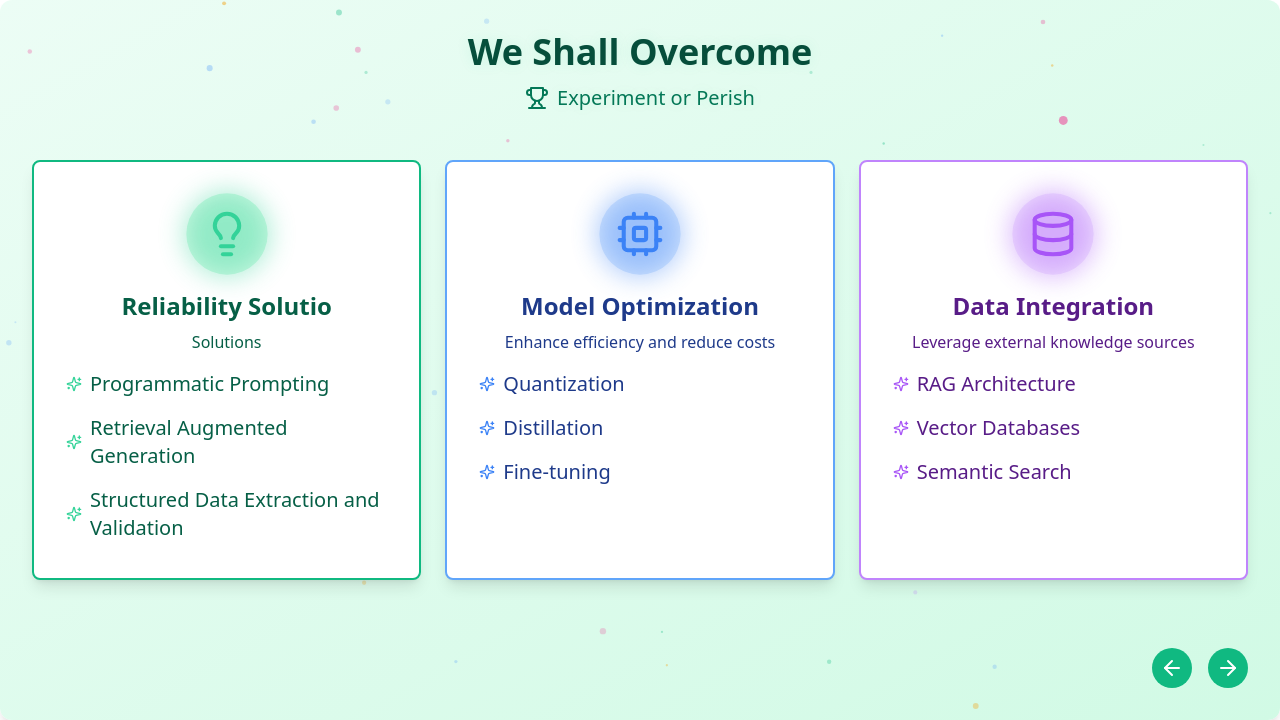
Repository: Galbaz1/dell_presentation
Page: /slide5
The author's editor kept a copy of each file at every save. The page is drawn from the files as they stood at one save, then again after a run of saves.
The browser window is 1280 px wide. The pictures show the whole page.
The project was rebuilt for these pictures with package versions that can differ from the ones it lists, and the page was loaded fresh each time. The framework's server and built-in components were replaced by stand-ins that run in the browser. Also part of the build but not shown: styles/animations/slide1.css, styles/animations/slide2.css.

Above is the page before, as saved 2024-11-12 14:28:41.

### pages/_app.tsx
import '../styles/globals.css'
import '../styles/animations/slide1.css'
import '../styles/animations/slide2.css'
import type { AppProps } from 'next/app'

function MyApp({ Component, pageProps }: AppProps) {
  return <Component {...pageProps} />
}

export default MyApp

### pages/slide5.tsx
import React, { useState } from 'react';
import { ArrowRight, ArrowLeft, Lightbulb, Sparkles, Cpu, Database, Gauge, Zap, Trophy, ArrowUpCircle } from 'lucide-react';
import Link from 'next/link';
import { motion } from 'framer-motion';

const Slide5: React.FC = () => {
  const [hoveredSolution, setHoveredSolution] = useState<number | null>(null);

  // Enhanced particles with different colors for firework effect
  const fireworkColors = [
    '#10B981', // emerald
    '#60A5FA', // blue
    '#F59E0B', // amber
    '#C084FC', // purple
    '#EC4899', // pink
  ];

  const particles = Array.from({ length: 60 }).map((_, i) => ({
    id: i,
    x: Math.random() * 100,
    y: Math.random() * 100,
    size: Math.random() * 4 + 2,
    duration: Math.random() * 20 + 10,
    delay: Math.random() * 5,
    color: fireworkColors[Math.floor(Math.random() * fireworkColors.length)]
  }));

  // Sparkle animation variants
  const sparkleVariants = {
    initial: { scale: 0, opacity: 0 },
    animate: (i: number) => ({
      scale: [0, 1, 0],
      opacity: [0, 1, 0],
      transition: {
        duration: 2,
        repeat: Infinity,
        delay: i * 0.1,
        ease: "easeInOut"
      }
    })
  };

  // Function to create sparkles around an element
  const SparkleEffect = ({ color }: { color: string }) => {
    return Array.from({ length: 8 }).map((_, i) => (
      <motion.div
        key={i}
        className="absolute w-2 h-2"
        style={{
          background: color,
          borderRadius: '50%',
          filter: 'blur(1px)',
          transform: `rotate(${i * 45}deg) translateX(30px)`
        }}
        variants={sparkleVariants}
        custom={i}
        initial="initial"
        animate="animate"
      />
    ));
  };

  const solutions = [
    {
      icon: <Lightbulb className="w-12 h-12" />,
      title: "Reliability Solutio",
      color: {
        border: "#10B981", // emerald-400
        bg: "#D1FAE5",     // emerald-100
        text: "#065F46",   // emerald-900
        glow: "#34D399"    // emerald-400
      },
      description: "Solutions",
      items: [
        "Programmatic Prompting",
        "Retrieval Augmented Generation",
        "Structured Data Extraction and Validation"
      ]
    },
    {
      icon: <Cpu className="w-12 h-12" />,
      title: "Model Optimization",
      color: {
        border: "#60A5FA", // blue-400
        bg: "#DBEAFE",     // blue-100
        text: "#1E3A8A",   // blue-900
        glow: "#3B82F6"    // blue-400
      },
      description: "Enhance efficiency and reduce costs",
      items: [
        "Quantization",
        "Distillation",
        "Fine-tuning"
      ]
    },
    {
      icon: <Database className="w-12 h-12" />,
      title: "Data Integration",
      color: {
        border: "#C084FC", // purple-400
        bg: "#F3E8FF",     // purple-100
        text: "#581C87",   // purple-900
        glow: "#A855F7"    // purple-400
      },
      description: "Leverage external knowledge sources",
      items: [
        "RAG Architecture",
        "Vector Databases",
        "Semantic Search"
      ]
    }
  ];

  const containerVariants = {
    hidden: { opacity: 0 },
    visible: {
      opacity: 1,
      transition: { staggerChildren: 0.3 }
    }
  };

  const cardVariants = {
    hidden: { y: 50, opacity: 0 },
    visible: (i: number) => ({
      y: 0,
      opacity: 1,
      transition: {
        delay: i * 0.2,
        type: "spring",
        stiffness: 100,
        damping: 15
      }
    }),
    hover: {
      y: -15,
      scale: 1.05,
      transition: {
        duration: 0.3,
        type: "spring",
        stiffness: 300
      }
    }
  };

  return (
    <div className="bg-gradient-to-br from-emerald-50 to-emerald-100 p-8 rounded-xl shadow-lg min-h-screen overflow-hidden relative">
      {/* Enhanced floating particles */}
      {particles.map((particle, i) => (
        <motion.div
          key={particle.id}
          className="absolute rounded-full"
          style={{
            width: particle.size,
            height: particle.size,
            left: `${particle.x}%`,
            top: `${particle.y}%`,
            background: particle.color,
            filter: 'blur(0.5px)'
          }}
          animate={{
            y: [0, -30, 0],
            x: [0, 15, 0],
            scale: [1, 1.5, 1],
            opacity: [0.2, 0.6, 0.2]
          }}
          transition={{
            duration: particle.duration,
            delay: particle.delay,
            repeat: Infinity,
            ease: "linear"
          }}
        />
      ))}

      {/* Header with uplifting animation */}
      <motion.div
        className="mb-12 text-center relative"
        animate={{
          textShadow: ["0 0 10px rgba(16, 185, 129, 0)", "0 0 20px rgba(16, 185, 129, 0.3)", "0 0 10px rgba(16, 185, 129, 0)"]
        }}
        transition={{ duration: 2, repeat: Infinity }}
      >
        <motion.div
          initial={{ y: -20, opacity: 0 }}
          animate={{ y: 0, opacity: 1 }}
          transition={{ duration: 0.8, type: "spring" }}
          className="flex items-center justify-center mb-3"
        >
          <h1 className="text-4xl font-bold text-emerald-900">We Shall Overcome</h1>
        </motion.div>
        <p className="text-xl text-emerald-700 flex items-center justify-center">
          <Trophy className="w-6 h-6 mr-2" />
          Experiment or Perish
        </p>
      </motion.div>

      {/* Solutions Grid */}
      <motion.div
        className="max-w-7xl mx-auto grid grid-cols-1 md:grid-cols-3 gap-6 mb-12"
        variants={containerVariants}
        initial="hidden"
        animate="visible"
      >
        {solutions.map((solution, index) => (
          <motion.div
            key={solution.title}
            className="bg-white p-8 rounded-lg shadow-lg cursor-pointer transform transition-all duration-300 relative"
            style={{
              borderWidth: 2,
              borderStyle: 'solid',
              borderColor: solution.color.border,
              minHeight: '420px'
            }}
            variants={cardVariants}
            custom={index}
            whileHover="hover"
            onHoverStart={() => setHoveredSolution(index)}
            onHoverEnd={() => setHoveredSolution(null)}
          >
            {/* Add sparkle effects around the card when hovered */}
            {hoveredSolution === index && (
              <div className="absolute inset-0 -m-4">
                <SparkleEffect color={solution.color.glow} />
              </div>
            )}

            {/* Icon with animation */}
            <motion.div
              className="w-20 h-20 rounded-full flex items-center justify-center mb-4 mx-auto relative"
              style={{ backgroundColor: solution.color.bg }}
              animate={{
                rotate: hoveredSolution === index ? [0, 360] : 0,
                scale: [1, 1.1, 1]
              }}
              transition={{ duration: 3, repeat: Infinity }}
            >
              <motion.div
                className="absolute inset-0 rounded-full filter blur-md"
                style={{ backgroundColor: solution.color.glow }}
                animate={{
                  scale: [1, 1.2, 1],
                  opacity: [0.3, 0.6, 0.3]
                }}
                transition={{ duration: 2, repeat: Infinity }}
              />
              <div style={{ color: solution.color.glow }}>
                {solution.icon}
              </div>
            </motion.div>

            <h2 className="text-2xl font-bold text-center mb-2" style={{ color: solution.color.text }}>
              {solution.title}
            </h2>
            <p className="text-center mb-4" style={{ color: solution.color.text }}>
              {solution.description}
            </p>

            <ul className="space-y-4">
              {solution.items.map((item, i) => (
                <motion.li
                  key={i}
                  className="flex items-center relative text-xl"
                  style={{ color: solution.color.text }}
                  initial={{ x: -10, opacity: 0 }}
                  animate={{ x: 0, opacity: 1 }}
                  transition={{ delay: index * 0.2 + i * 0.1 }}
                >
                  <div className="relative">
                    <Sparkles
                      className="w-4 h-4 mr-2 flex-shrink-0"
                      style={{ color: solution.color.glow }}
                    />
                    {hoveredSolution === index && (
                      <motion.div
                        className="absolute -inset-1"
                        animate={{
                          scale: [1, 1.5, 1],
                          opacity: [0.5, 1, 0.5]
                        }}
                        transition={{
                          duration: 1.5,
                          repeat: Infinity,
                          delay: i * 0.2
                        }}
                      >
                        <Sparkles
                          className="w-4 h-4"
                          style={{ color: solution.color.glow }}
                        />
                      </motion.div>
                    )}
                  </div>
                  {item}
                </motion.li>
              ))}
            </ul>

            {/* Success indicator */}
            <motion.div
              className="absolute -right-2 -top-2 rounded-full p-2"
              style={{ backgroundColor: solution.color.glow }}
              initial={{ scale: 0 }}
              animate={{ scale: hoveredSolution === index ? 1 : 0 }}
              transition={{ type: "spring", stiffness: 500 }}
            >
              <Zap className="w-4 h-4 text-white" />
            </motion.div>
          </motion.div>
        ))}
      </motion.div>

      {/* Navigation */}
      <div className="absolute bottom-8 right-8 flex items-center space-x-4">
        <Link href="/slide4" className="bg-emerald-500 hover:bg-emerald-600 text-white p-2 rounded-full transition-colors">
          <ArrowLeft className="w-6 h-6" />
        </Link>
        <Link href="/slide7" className="bg-emerald-500 hover:bg-emerald-600 text-white p-2 rounded-full transition-colors">
          <ArrowRight className="w-6 h-6" />
        </Link>
      </div>
    </div>
  );
};

export default Slide5;

### styles/globals.css
@tailwind base;
@tailwind components;
@tailwind utilities;

@keyframes fallAndBounce {
  0% {
    transform: translateY(-100%) translateX(-50%);
  }
  70% {
    transform: translateY(140%) translateX(-50%);
  }
  75% {
    transform: translateY(130%) translateX(-50%);
  }
  80% {
    transform: translateY(135%) translateX(-50%);
  }
  85% {
    transform: translateY(128%) translateX(-50%);
  }
  90% {
    transform: translateY(132%) translateX(-50%);
  }
  100% {
    transform: translateY(0%) translateX(-50%);
  }
}

@keyframes developerFall {
  0%, 69% {
    transform: translateX(-50%) rotate(0deg);
  }
  100% {
    transform: translateX(100%) rotate(90deg);
  }
}

@keyframes pulsate {
  0% {
    transform: translateY(0%) translateX(-50%) scale(1);
  }
  8% {
    transform: translateY(0%) translateX(-50%) scale(1.15);
  }
  10% {
    transform: translateY(0%) translateX(-50%) scale(1.1);
  }
  18% {
    transform: translateY(0%) translateX(-50%) scale(1.35);
  }
  20% {
    transform: translateY(0%) translateX(-50%) scale(1.3);
  }
  28% {
    transform: translateY(0%) translateX(-50%) scale(1.55);
  }
  30% {
    transform: translateY(0%) translateX(-50%) scale(1.5);
  }
  38% {
    transform: translateY(0%) translateX(-50%) scale(1.75);
  }
  40% {
    transform: translateY(0%) translateX(-50%) scale(1.7);
  }
  48% {
    transform: translateY(0%) translateX(-50%) scale(1.95);
  }
  50% {
    transform: translateY(0%) translateX(-50%) scale(1.9);
  }
  100% {
    transform: translateY(0%) translateX(-50%) scale(2);
  }
}

@keyframes explodePiece {
  0% {
    transform: translate(0, 0) rotate(0);
    opacity: 1;
  }
  100% {
    transform: translate(var(--tx), 1000px) rotate(var(--tr));
    opacity: 0;
  }
}

.animate-fall-bounce {
  animation:
    fallAndBounce 3s cubic-bezier(0.4, 0, 0.2, 1) forwards,
    pulsate 8s cubic-bezier(0.4, 0, 0.2, 1) 5s forwards;
}

.animate-developer-fall {
  animation: developerFall 1.2s cubic-bezier(0.4, 0, 0.2, 1) forwards;
  animation-delay: 2.1s;
}

.explosion-piece {
  position: absolute;
  animation: explodePiece 2s cubic-bezier(0.4, 0, 0.2, 1) forwards;
  animation-delay: 16s; /* 5s wait + 8s growth + 3s wait */
}

### tailwind.config.js
/** @type {import('tailwindcss').Config} */
module.exports = {
  content: [
    "./pages/**/*.{js,ts,jsx,tsx}",
    "./components/**/*.{js,ts,jsx,tsx}",
    "./styles/**/*.css",
  ],
  theme: {
    extend: {},
  },
  plugins: [],
}

After the next 7 saves:
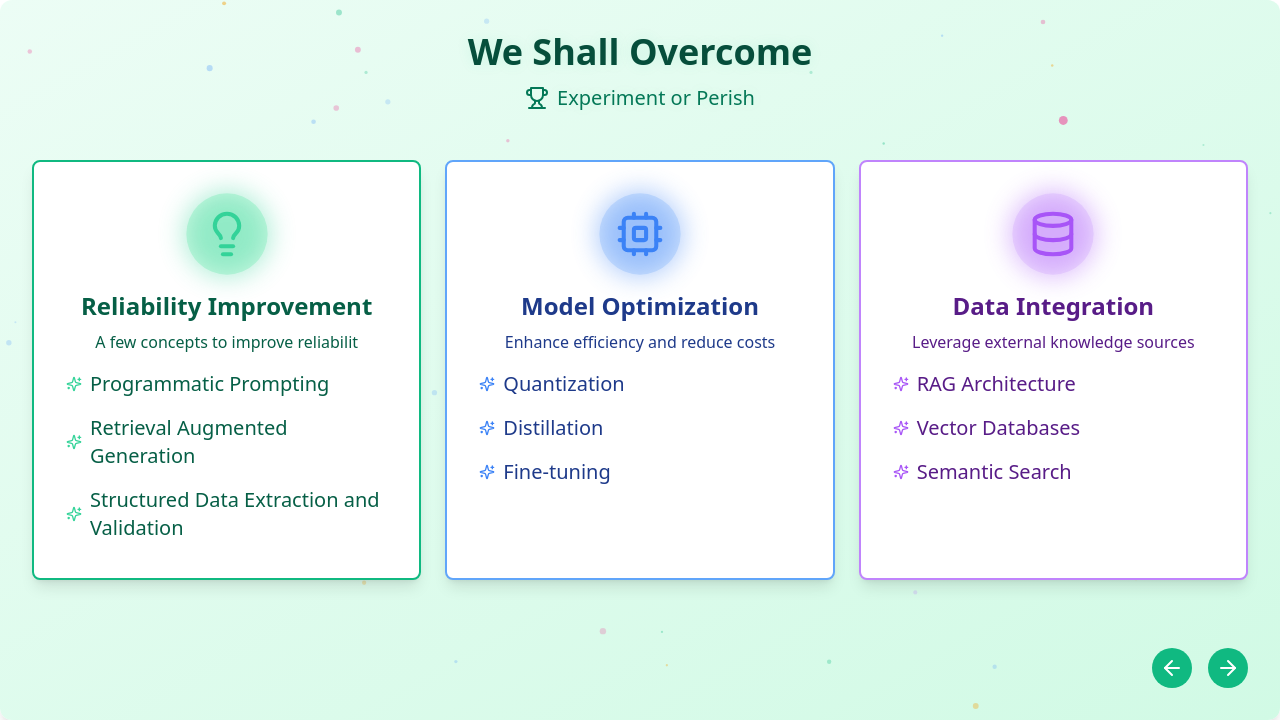
The 7 saves are shown as one change because they came seconds apart.
The last was saved 19 s later.
--- a/pages/slide5.tsx
+++ b/pages/slide5.tsx
@@ -63,14 +63,14 @@ const Slide5: React.FC = () => {
   const solutions = [
     {
       icon: <Lightbulb className="w-12 h-12" />,
-      title: "Reliability Solutio",
+      title: "Reliability Improvement",
       color: {
         border: "#10B981", // emerald-400
         bg: "#D1FAE5",     // emerald-100
         text: "#065F46",   // emerald-900
         glow: "#34D399"    // emerald-400
       },
-      description: "Solutions",
+      description: "A few concepts to improve reliabilit",
       items: [
         "Programmatic Prompting",
         "Retrieval Augmented Generation",
